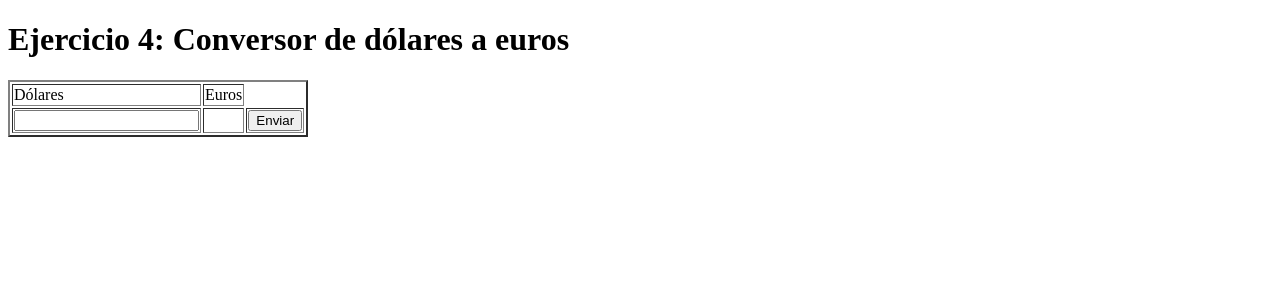
Repository: Ibizus/ejercicios_JSP
Page: http://localhost/ejercicios_Hector/ejercicio4/main.jsp
These files come from the project's save history. The page is drawn as it stood at one moment and after the next save; the edit follows.
The browser window is 1280 px wide. The pictures show the whole page.
The page is served by Tomcat 9.

Above is the page before, as saved 2023-11-11 21:28:29.

### ejercicios_Hector/src/main/webapp/ejercicio4/main.jsp
<%@ page language="java" contentType="text/html; charset=UTF-8"
    pageEncoding="UTF-8"%>
<!DOCTYPE html>
<html>
<head>
<meta charset="UTF-8">
<title>Ejercicio 4</title>
</head>
<body>

	<h1>Ejercicio 4: Conversor de dólares a euros</h1>


	<table border="2">
	<tr>
		<td>Dólares</td><td>Euros</td>
	</tr>

	<tr>
		<form method="post" action="conversor.jsp">
		<td><input type="text" name="nota1"></td>
		<td></td>


	<td>
			<input type="submit" value="Enviar">
	</td>
		</tr>
		</form>
	</table>


</body>
</html>

After the next save:
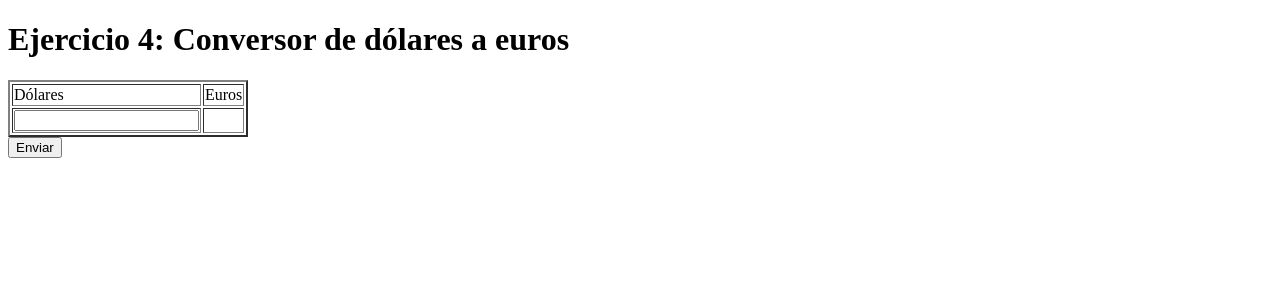
Saved 100 s later.
--- a/ejercicios_Hector/src/main/webapp/ejercicio4/main.jsp
+++ b/ejercicios_Hector/src/main/webapp/ejercicio4/main.jsp
@@ -18,17 +18,13 @@
 
 	<tr>
 		<form method="post" action="conversor.jsp">
-		<td><input type="text" name="nota1"></td>
+		<td><input type="text" name="dolares"></td>
 		<td></td>
-
-
-	<td>
-			<input type="submit" value="Enviar">
-	</td>
-		</tr>
-		</form>
+	</tr>
 	</table>
 
+	<input type="submit" value="Enviar">
+		</form>
 
 </body>
 </html>
